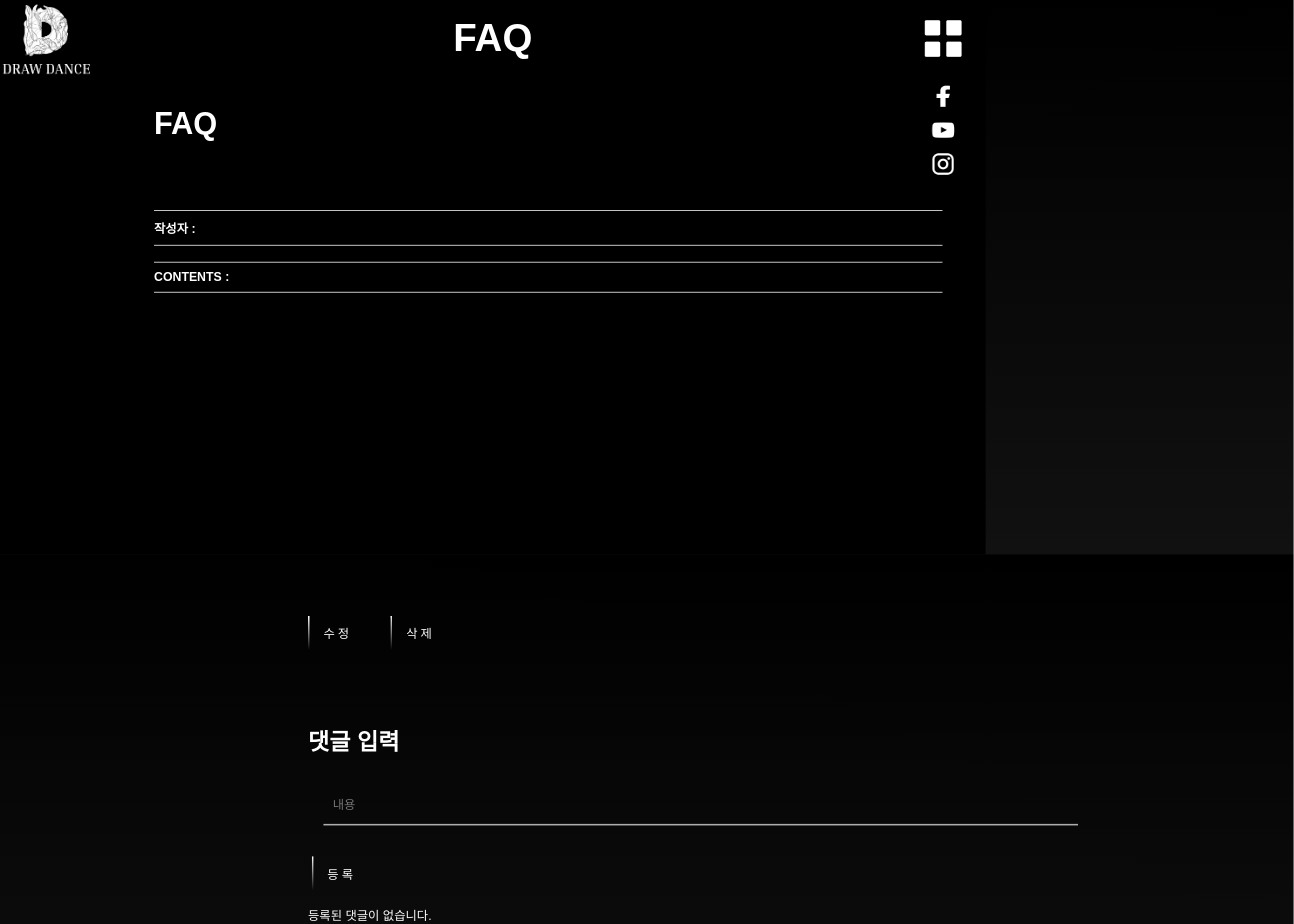
Repository: seonghun9906/semiProject
Page: http://localhost/drawAcademy/WEB-INF/views/QBoard/detail.jsp
These files come from the project's save history. The page is drawn as it stood at one moment and after a run of saves; the edit follows.
The browser window is 1280 px wide. The page is 1680 px wide, so the pictures cover 1680 px, including what lies to the right of the window. The pictures show the whole page, at 77% of full size.
The page is served by Tomcat 9. Nobody is signed in. Other server files are loaded and not shown. The template is opened directly, without the code that normally fills it, so the values that code supplies are empty.

Above is the page before, as saved 2024-02-29 02:31:04.

### drawAcademy/src/main/webapp/WEB-INF/views/QBoard/detail.jsp
<%@page import="com.icia.drawAcademy.dto.QboardDto"%>
<%@page import="com.icia.drawAcademy.dao.Qboarddao.QboardDao"%>
<%@ page language="java" contentType="text/html; charset=UTF-8"
   pageEncoding="UTF-8"%>
<%@ taglib prefix="c" uri="http://java.sun.com/jsp/jstl/core"%>
<!DOCTYPE html>
<html>
<head>
<meta charset="UTF-8">
<title>Insert title here</title>
<link rel="stylesheet" href="resources/css/detail.css">
<script src="https://code.jquery.com/jquery-3.7.1.min.js"
   integrity="sha256-/JqT3SQfawRcv/BIHPThkBvs0OEvtFFmqPF/lYI/Cxo="
   crossorigin="anonymous"></script>
</head>
<body>
   <div class="bodyMain">
      <div class="title">FAQ</div>
      <header class="headerMenu">
         <button class="Home-btn" onclick="location.href='./'">
            <img src="resources/images/lg.png" class="logo">
         </button>
      </header>
      <div class="headerMenu">
         <button class="Home-btn" onclick="location.href='./'">
            <img src="resources/images/lg.png" class="logo">
         </button>
      </div>
      <div id="menu-container">
         <img src="resources/images/menu.png" id="menuButton">
         <div id="rectangle">
            <br> <br>
            <button class="Home-btn" onclick="location.href='./'">
               <p>HOME</p>
            </button>
            <br> <br> <br>
            <button class="ABOUT-btn" onclick="location.href='./about'">
               <p>ABOUT</p>
            </button>
            <br> <br> <br>
            <button class="INSTRUCTORS-btn"
               onclick="location.href='./instructors'">
               <p>INSTRUCTORS</p>
            </button>
            <br> <br> <br>
            <button class="CLASS-btn" onclick="location.href='./classpage'">
               <p>CLASS</p>
            </button>
            <br> <br> <br>
            <button class="CONTACT-btn" onclick="location.href='./qboard'">
               <p>FAQ</p>
            </button>
            <br> <br> <br> <br> <br> <br> <br>
            <div class="smallWord">
               <button id="loginBtn" class="LOGIN-btn"
                  onclick="location.href='./login'">
                  <small>LOGIN</small>
               </button>
               <form id="logoutForm" action="logout" method="get">
                  <button class="LOGIN-btn" onclick="location.href='./'">
                     <small>LOGOUT</small>
                  </button>
               </form>
               <button id="signupBtn" class="SIGNUP-btn"
                  onclick="location.href='./signUp'">
                  <small>SIGN UP</small>
               </button>
               <button id="myPage" class="MYPAGE-btn"
                  onclick="location.href='./mypage'">
                  <small>MY PAGE</small>
               </button>
            </div>
            <br> <br>
            <div id="icon-container2">
               <a href="https://www.facebook.com"> <img
                  src="resources/images/facebookIcon.png" class="facebook">
               </a> <a href="https://www.youtube.com"> <img
                  src="resources/images/youtubeIcon.png" class="youtube">
               </a> <a href="https://www.instagram.com"> <img
                  src="resources/images/instagramIcon.png" class="instagram">
               </a>
            </div>
         </div>
      </div>
      <div id="icon-container">
         <a href="https://www.facebook.com"> <img
            src="resources/images/facebookIcon.png" class="facebook">
         </a> <a href="https://www.youtube.com"> <img
            src="resources/images/youtubeIcon.png" class="youtube">
         </a> <a href="https://www.instagram.com"> <img
            src="resources/images/instagramIcon.png" class="instagram">
         </a>
      </div>


               <div class="detail-title">
                  <h2 class="h2FAQ">FAQ</h2>
                     <h2 class="h2title">제목 : ${qboard.b_title}</h2>
                     <h4 class="author">작성자 : ${qboard.m_name}</h4>
                  	<h4 class="author">CONTENTS : ${qboard.b_contents}</h4>
            <div class="btn-area">

                  <div class="btn-write1">
               <c:if test="${sessionScope.login.m_id eq qboard.m_id}">
                     <a href="QBUpdate?b_code=${qboard.b_code}">
                        <button id="upbtn">
                           <span></span>
                           <span></span>
                            <span></span>
                             <span></span> 수정
                        </button>
                     </a>
               </c:if>
                  </div>

               <div class="btn-write1">
                  <c:if test="${sessionScope.login.m_id eq qboard.m_id}">
                     <form action="delete?b_code=${qboard.b_code}" method="post">
                        <button type="submit" id="delbtn">
                           <span></span>
                           <span></span>
                            <span></span>
                             <span></span>삭제
                        </button>
                     </form>
                  </c:if>
               </div>
            </div>

            <!-- 댓글 기능 -->
            <!-- 댓글 작성 -->
            <div class="comment">
               <form action="inscProc" method="post" onsubmit="scrollToComment()">
                  <input type="hidden" name="b_code" value="${qboard.b_code}">
                  <input type="hidden" name="c_code" value="${ccc.c_code}">
                  <input type="hidden" name="m_name" value="${sessionScope.login.m_name}">
                  <input type="hidden" name="m_id" value="${sessionScope.login.m_id}">
                  <h4 class ="h4Cmt">댓글 입력</h4>
                  <div class="cmtInput">
                  <input type="text" placeholder="내용" name="c_contents" class="cmtText"  required>
                  </div>
                  <button value="submit">
                 	<span></span>
                 	<span></span>
                 	<span></span>
                 	<span></span>
                 	등록</button>
               </form>
               <c:choose>
                  <c:when test="${empty cmtList}">
                     <div class="cmt-item">
                        <span class="none-content">등록된 댓글이 없습니다.</span>
                     </div>
                  </c:when>
                  <c:otherwise>
                     <h3>댓글</h3>
                     <c:forEach var="ccc" items="${cmtList}">
                        <div>
                           <p id="author">작성자: ${ccc.m_name}</p>
                           <p id="cContents">내용 : ${ccc.c_contents}</p>
                           <c:if test="${ccc.m_id eq sessionScope.login.m_id}">
                              <form action="cDelete" method="post">
                              <input type="hidden" name="m_id" value="${sessionScope.login.m_id}">
                              <input type="hidden" name="c_code" value="${ccc.c_code}">
                                 <button type="submit">
                                 <span></span>
                                 <span></span>
                                 <span></span>
                                 <span></span>
                                 삭제</button>
                              </form>
                           </c:if>
                        </div>
                     </c:forEach>
                  </c:otherwise>
               </c:choose>
            </div>
   </div>
</div>

</body>
   <!-- 메뉴 버튼 기능 -->
<script>
   <!-- 메뉴 버튼 기능 -->
   $(document).ready(function() {
      var rectangle = $('#rectangle');
      console.log("rectangle"+ rectangle);
      var menuButton = $('#menuButton');
      var iconContainer = $('#icon-container');
      var isRectangleVisible = false; // rectangle의 초기 상태를 정의 - 첫 메뉴 클릭 때 실행되지 않는 현상 해결

      menuButton.on('click', function() {
         if (!isRectangleVisible) {
            rectangle.show();
            iconContainer.hide(); //메뉴 창이 나오면서 iconcontainer 사라지기
            isRectangleVisible = true; // rectangle이 보이는 상태로 설정
         } else {
            rectangle.hide();
            iconContainer.show();
            isRectangleVisible = false; // rectangle이 숨겨진 상태로 설정
         }
      });
   });

      $(document).ready(function() {
         // 댓글을 작성한 후 페이지 스크롤 위치를 유지
         function scrollToComment() {
            // 댓글 영역의 상단 좌표를 가져옴
            var commentSection = $("#comment");
            var commentSectionTop = commentSection.offset().top;

            // 페이지를 댓글 영역의 상단으로 스크롤
            window.scrollTo(0, commentSectionTop);
         }

         // 댓글이 추가될 때 화면의 크기 조정
         function adjustScreenSize() {
            // 현재 문서의 전체 높이
            var documentHeight = $(document).height();

            // 브라우저 높이
            var windowHeight = $(window).height();

            // 브라우저 높이보다 문서의 높이가 작을 경우
            if (documentHeight < windowHeight) {
               // 문서의 높이를 브라우저 높이로 조정
               $("body").height(windowHeight);
            } else {
               // 문서의 높이를 기존 높이로 유지
               $("body").height(documentHeight);
            }
         }

         // 페이지 로드 시 화면 크기 조정
         $(window).on("load", function() {
            adjustScreenSize();
         });

         // 댓글이 추가될 때 화면 크기 조정
         function addComment() {
            // 댓글 추가 작업 수행 후
            // 화면 크기 조정 함수 호출
            adjustScreenSize();
         }
      });
   </script>

<script>
$(document).ready(function() {

  var loginBtn = $("#loginBtn");
  var logoutForm = $("#logoutForm");
  var signupBtn = $("#signupBtn");
  var myPageBtn = $("#myPage");

  var loggedInMember = '<%= session.getAttribute("login") %>';
  console.log("세션에 저장된 값: " + loggedInMember);
  // 여기서 로그인 여부를 확인하고 그에 따라 버튼을 표시하거나 숨깁니다.
  var isLoggedIn = loggedInMember !== 'null' && loggedInMember !== '';

  if (isLoggedIn) {
    loginBtn.hide();
    logoutForm.show();
    signupBtn.hide();
    myPageBtn.show();
  } else {
    loginBtn.show();
    logoutForm.hide();
    signupBtn.show();
    myPageBtn.hide();
  }
});
</script>

</html>

### drawAcademy/src/main/webapp/resources/css/detail.css
html {
   height: 100%;
}

body {
   margin: 0;
   padding: 0;
   font-family: sans-serif;
   background: linear-gradient(#000000, #111111);
}

.bodyMain {
   position: absolute;
   background-color: #000000;
   top: 0;
   left: 0;
   bottom: 0;
   right: 0;
   width: 100%;
   height: 100%;
}

.headerMenu .Home-btn {
   position: absolute;
   background: none;
   border: none;
   padding: 0;
   cursor: pointer;
   width: auto; /* 이미지 크기에 맞게 자동으로 조정됨 */
   z-index: 9999;
}

.title {
   width: 100%; /* 컨테이너의 너비를 화면 전체로 설정 */
   position: absolute; /* 화면 아래에 고정시킵니다. */
   text-align: center; /* 내부 텍스트를 가운데 정렬합니다. */
   padding: 20px; /* 내부 여백 설정 (예시) */
   box-sizing: border-box; /* 패딩이 포함된 전체 너비/높이 계산 */
   color: #ffffff;
   font-size: 50px;
   font-weight: bold;
   z-index: 9999;
}

.headerMenu .logo {
   width: 120px; /* 이미지가 버튼 내에서 꽉 차도록 설정 */
   height: auto; /* 이미지의 가로 세로 비율을 유지하면서 버튼에 맞게 조정 */
}

.facebook {
   width: 20px;
   height: 30px;
   z-index: 9999;
}

.youtube {
   width: 30px;
   height: 20px;
   z-index: 9999;
}

.instagram {
   width: 30px;
   height: 30px;
   z-index: 9999;
}

#menu-container {
   position: relative;
   z-index: 9999;
}

#menuButton {
   cursor: pointer;
   position: absolute;
   top: 25px;
   right: 30px; /* 오른쪽으로 이동 */
   display: flex;
   width: 50px;
   height: 50px;
   z-index: 9999;
}

#icon-container {
   position: absolute;
   top: 110px;
   right: 40px;
   display: flex;
   flex-direction: column; /* 세로 방향으로 아이콘을 나열 */
   align-items: center; /* 아이콘을 수직 중앙으로 정렬 */
   gap: 15px; /* 아이콘 사이의 간격 설정 */
   z-index: 9998;
}

#rectangle {
   /* 처음엔 숨겨져 있음 */
   position: absolute;
   top: 110px; /* toggleButton 바로 아래 위치 */
   right: 30px; /* menuButton과 같게 */
   width: 10.5%;
   min-height: 200px;
   color: black;
   background-color: black;
   display: none;
   border: 2px solid white;
   background-color: black;
   z-index: 9999;
}

#rectangle button {
   cursor: pointer;
   background-color: black;
   border: none;
   padding: 0.5em 0.5em; /* 위아래 0.5em, 좌우 1em으로 설정하여 버튼 크기를 내용에 맞게 조정 */
   color: white;
   font-size: 23px;
   gap: 15px;
}

#rectangle p {
   color: white;
   text-align: left;
   font-size: 24px;
   text-decoration: underline; /* 밑줄 */
   margin: 0px;
}

.smallWord {
   color: white;
   margin: 10px;
}

#icon-container2 {
   position: relative;
   right: -30px;
   display: flex;
   margin-bottom: 30px;
   flex-direction: row; /* 가로 방향으로 아이콘을 나열 */
   align-items: center; /* 아이콘을 수직 중앙으로 정렬 */
   gap: 15px; /* 아이콘 사이의 간격 설정 */
   z-index: 9998;
}

.detail {
   margin-left: 0px;
}

.detail-main {
   position: absolute;
   width: 90%;
   max-width: 1200px;
   margin-top: 85px;
   color: white;
}

.detail-title {
   position: absolute;
   top: 100px; /* 적절한 위치로 조정 */
   width: 100%;
   padding: 5px 0;
   left: 200px;
   text-align : start;
   z-index: 999;
   text-align: start;
}

.detail-content {
   position: absolute;
   top: 270px; /* 적절한 위치로 조정 */
   width: 100%;
   padding: 10px 0;
   left: 200px;
   text-align: start;
   color: white;
   z-index: 999;
}

.author {
   color: white;
   border-top: 1px solid;
   border-bottom: 1px solid;
   padding: 10px 0;
   width: 80%;
}


#upbtn {
   margin-left : 0;
}

.FAQandBtn{
	margin-left:0;

}

.btn-area{
	display : flex;
	gap: 20px;
	margin-top : 400px;
	margin-left : 200px;
}


.btn-write1 form button {
  cursor: pointer;
  position: relative;
  display: inline-block;
  padding: 10px 20px;
  color: #ffffff;
  font-size: 16px;
  text-decoration: none;
  text-transform: uppercase;
  overflow: hidden;
  transition: .5s;
  margin-left: 100px;
  margin-top: 10px;
  margin: 20px 5px; /* 좌우 여백을 조절 */
  letter-spacing: 4px;
  border: none;
  background-color: transparent;
}

.btn-write1 form button:hover {
  background: #ffffff;
  color: #000000;
  border-radius: 5px;
  box-shadow: 0 0 5px #ffffff,
              0 0 25px #ffffff,
              0 0 50px #ffffff,
              0 0 100px #ffffff;
}

.btn-write1 form button span {
  position: absolute;
  display: block;
}

.btn-write1 form button span:nth-child(1) {
  top: 0;
  left: -100%;
  width: 100%;
  height: 2px;
  background: linear-gradient(90deg, transparent, #ffffff);
  animation: btn-anim1 1s linear infinite;
}

@keyframes btn-anim1 {
  0% {
    left: -100%;
  }
  50%,100% {
    left: 100%;
  }
}

.btn-write1 form button span:nth-child(2) {
  top: -100%;
  right: 0;
  width: 2px;
  height: 100%;
  background: linear-gradient(180deg, transparent, #ffffff);
  animation: btn-anim2 1s linear infinite;
  animation-delay: .25s
}

@keyframes btn-anim2 {
  0% {
    top: -100%;
  }
  50%,100% {
    top: 100%;
  }
}

.btn-write1 form button span:nth-child(3) {
  bottom: 0;
  right: -100%;
  width: 100%;
  height: 2px;
  background: linear-gradient(270deg, transparent, #ffffff);
  animation: btn-anim3 1s linear infinite;
  animation-delay: .5s
}

@keyframes btn-anim3 {
  0% {
    right: -100%;
  }
  50%,100% {
    right: 100%;
  }
}

.btn-write1 form button span:nth-child(4) {
  bottom: -100%;
  left: 0;
  width: 2px;
  height: 100%;
  background: linear-gradient(360deg, transparent, #ffffff);
  animation: btn-anim4 1s linear infinite;
  animation-delay: .75s
}

@keyframes btn-anim4 {
  0% {
    bottom: -100%;
  }
  50%,100% {
    bottom: 100%;
  }
}


.btn-write1 a button {
  cursor: pointer;
  position: relative;
  display: inline-block;
  padding: 10px 20px;
  color: #ffffff;
  font-size: 16px;
  text-decoration: none;
  text-transform: uppercase;
  overflow: hidden;
  transition: .5s;
  margin-left: 100px;
  margin-top: 10px;
  margin: 20px 5px; /* 좌우 여백을 조절 */
  letter-spacing: 4px;
  border: none;
  background-color: transparent;
}

.btn-write1 a button:hover {
  background: #ffffff;
  color: #000000;
  border-radius: 5px;
  box-shadow: 0 0 5px #ffffff,
              0 0 25px #ffffff,
              0 0 50px #ffffff,
              0 0 100px #ffffff;
}

.btn-write1 a button span {
  position: absolute;
  display: block;
}

.btn-write1 a button span:nth-child(1) {
  top: 0;
  left: -100%;
  width: 100%;
  height: 2px;
  background: linear-gradient(90deg, transparent, #ffffff);
  animation: btn-anim1 1s linear infinite;
}

@keyframes btn-anim1 {
  0% {
    left: -100%;
  }
  50%,100% {
    left: 100%;
  }
}

.btn-write1 a button span:nth-child(2) {
  top: -100%;
  right: 0;
  width: 2px;
  height: 100%;
  background: linear-gradient(180deg, transparent, #ffffff);
  animation: btn-anim2 1s linear infinite;
  animation-delay: .25s
}

@keyframes btn-anim2 {
  0% {
    top: -100%;
  }
  50%,100% {
    top: 100%;
  }
}

.btn-write1 a button span:nth-child(3) {
  bottom: 0;
  right: -100%;
  width: 100%;
  height: 2px;
  background: linear-gradient(270deg, transparent, #ffffff);
  animation: btn-anim3 1s linear infinite;
  animation-delay: .5s
}

@keyframes btn-anim3 {
  0% {
    right: -100%;
  }
  50%,100% {
    right: 100%;
  }
}

.btn-write1 a button span:nth-child(4) {
  bottom: -100%;
  left: 0;
  width: 2px;
  height: 100%;
  background: linear-gradient(360deg, transparent, #ffffff);
  animation: btn-anim4 1s linear infinite;
  animation-delay: .75s
}

@keyframes btn-anim4 {
  0% {
    bottom: -100%;
  }
  50%,100% {
    bottom: 100%;
  }
}


.comment form button {
  cursor: pointer;
  position: relative;
  display: inline-block;
  padding: 10px 20px;
  color: #ffffff;
  font-size: 16px;
  text-decoration: none;
  text-transform: uppercase;
  overflow: hidden;
  transition: .5s;
  margin-left: 100px;
  margin-top: 10px;
  margin: 20px 5px; /* 좌우 여백을 조절 */
  letter-spacing: 4px;
  border: none;
  background-color: transparent;
}

.comment form button:hover {
  background: #ffffff;
  color: #000000;
  border-radius: 5px;
  box-shadow: 0 0 5px #ffffff,
              0 0 25px #ffffff,
              0 0 50px #ffffff,
              0 0 100px #ffffff;
}

.comment form button span {
  position: absolute;
  display: block;
}

.comment form button span:nth-child(1) {
  top: 0;
  left: -100%;
  width: 100%;
  height: 2px;
  background: linear-gradient(90deg, transparent, #ffffff);
  animation: btn-anim1 1s linear infinite;
}

@keyframes btn-anim1 {
  0% {
    left: -100%;
  }
  50%,100% {
    left: 100%;
  }
}

.comment form button span:nth-child(2) {
  top: -100%;
  right: 0;
  width: 2px;
  height: 100%;
  background: linear-gradient(180deg, transparent, #ffffff);
  animation: btn-anim2 1s linear infinite;
  animation-delay: .25s
}

@keyframes btn-anim2 {
  0% {
    top: -100%;
  }
  50%,100% {
    top: 100%;
  }
}

.comment form button span:nth-child(3) {
  bottom: 0;
  right: -100%;
  width: 100%;
  height: 2px;
  background: linear-gradient(270deg, transparent, #ffffff);
  animation: btn-anim3 1s linear infinite;
  animation-delay: .5s
}

@keyframes btn-anim3 {
  0% {
    right: -100%;
  }
  50%,100% {
    right: 100%;
  }
}

.comment form button span:nth-child(4) {
  bottom: -100%;
  left: 0;
  width: 2px;
  height: 100%;
  background: linear-gradient(360deg, transparent, #ffffff);
  animation: btn-anim4 1s linear infinite;
  animation-delay: .75s
}

@keyframes btn-anim4 {
  0% {
    bottom: -100%;
  }
  50%,100% {
    bottom: 100%;
  }
}


.comment {
   color: white;
   position: relative;
   top: 35px; /* 적절한 위치로 조정 */
   left: 200px;
   z-index: 999;
}

.cmtInput{
	 border-bottom: 2px solid #adadad;
  margin: 20px;
  padding: 10px 10px;
  width: 75%;
}

.cmtText{
	 width: 100%;
  border:none;
  outline:none;
  color: #ffffff;
  font-size:16px;
  height:25px;
  background: none;

}
.h4Cmt{
	color : white;
	font-weight: bold;
	font-size: 30px;
}
.h2FAQ{
	color : white;
	font-weight: bold;
	font-size: 40px;
}
#cContents {
   color: white;
}

After the next 2 saves:
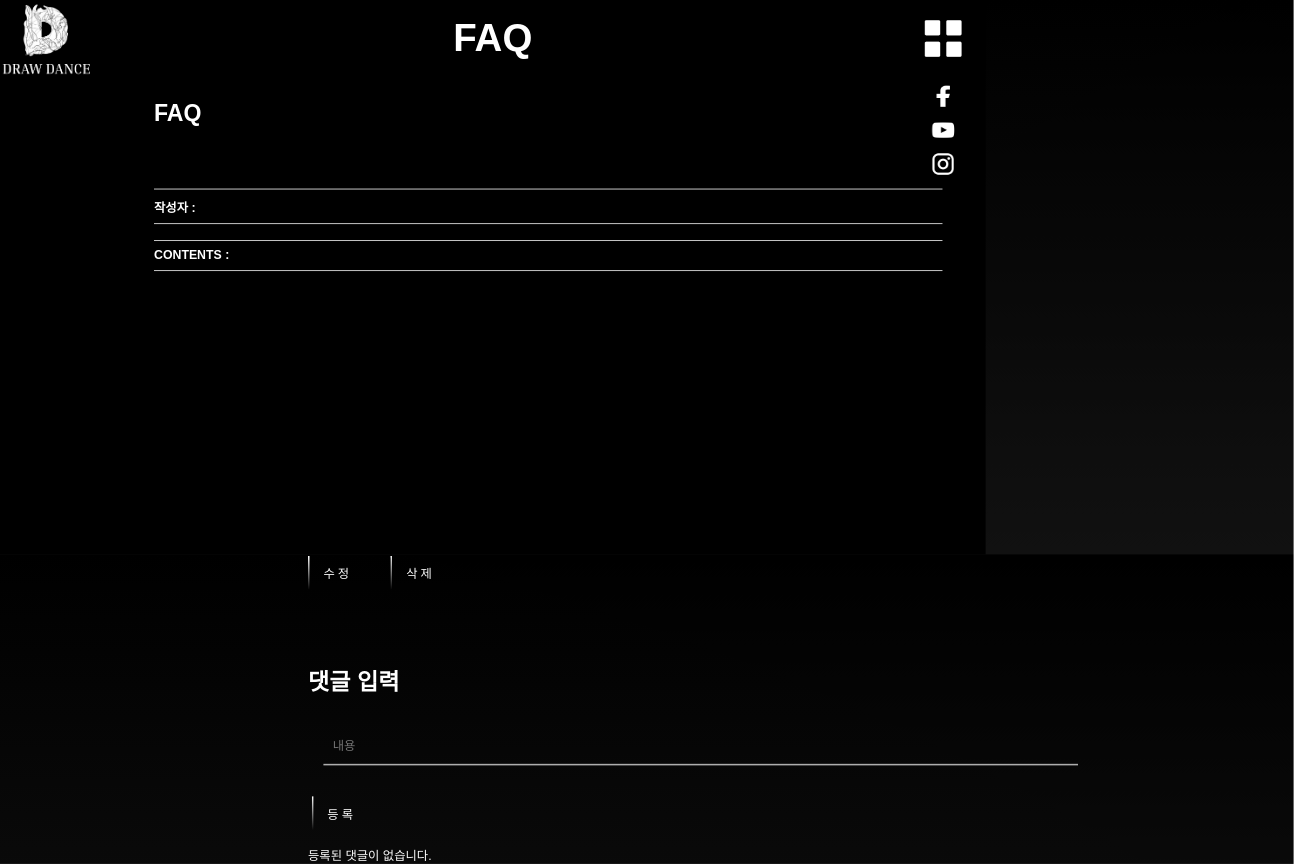
The 2 saves are shown as one change because they came seconds apart.
The last was saved 14 s later.
--- a/drawAcademy/src/main/webapp/resources/css/detail.css
+++ b/drawAcademy/src/main/webapp/resources/css/detail.css
@@ -196,7 +196,7 @@ body {
 .btn-area{
 	display : flex;
 	gap: 20px;
-	margin-top : 400px;
+	margin-top : 350px;
 	margin-left : 200px;
 }
 
@@ -564,7 +564,7 @@ body {
 .h2FAQ{
 	color : white;
 	font-weight: bold;
-	font-size: 40px;
+	font-size: 30px;
 }
 #cContents {
    color: white;
